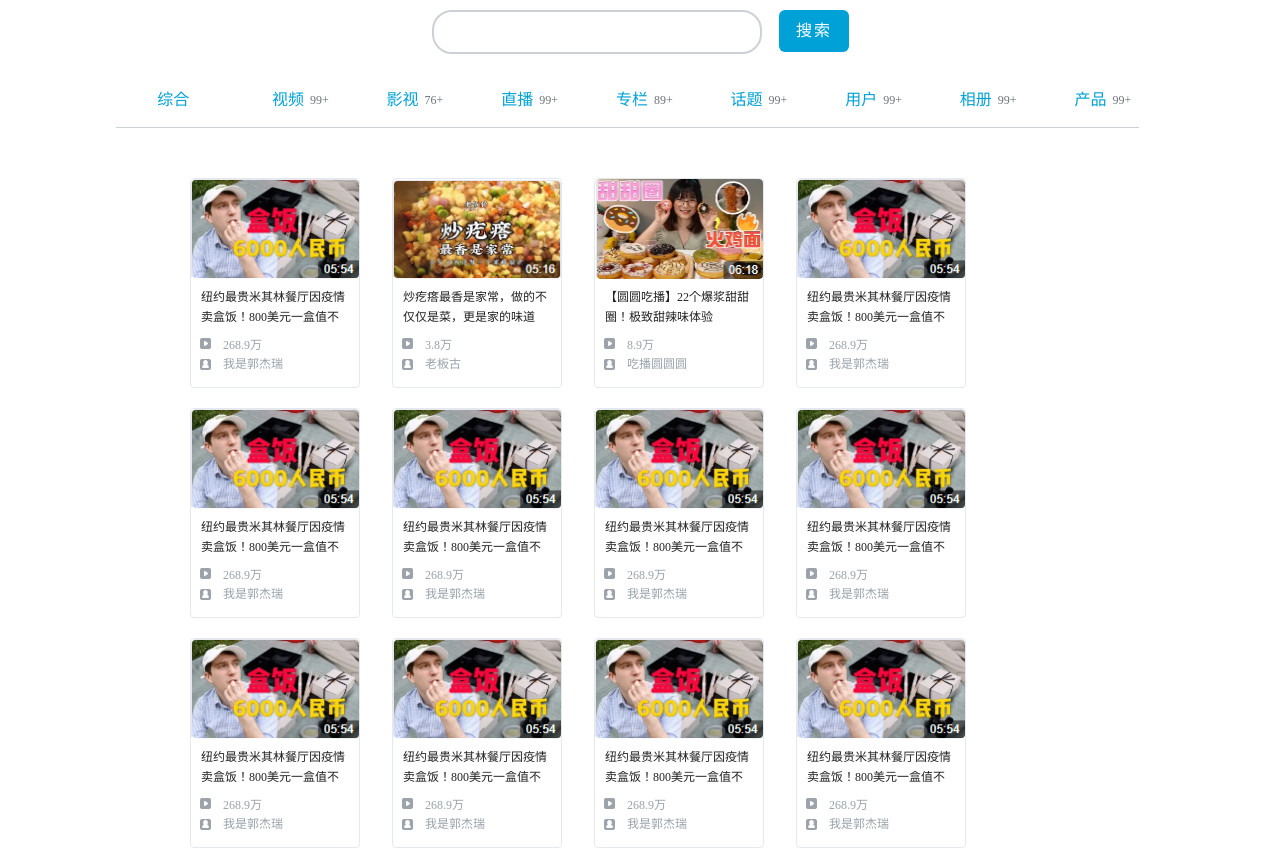
Repository: red-code-yl/web-project
Page: doc/food.html
The author's editor kept a copy of each file at every save. The page is drawn from the files as they stood at one save, then again after the next save.
The browser window is 1280 px wide. The pictures show the whole page.

Above is the page before, as saved 2020-06-18 16:46:43.

After the next save:
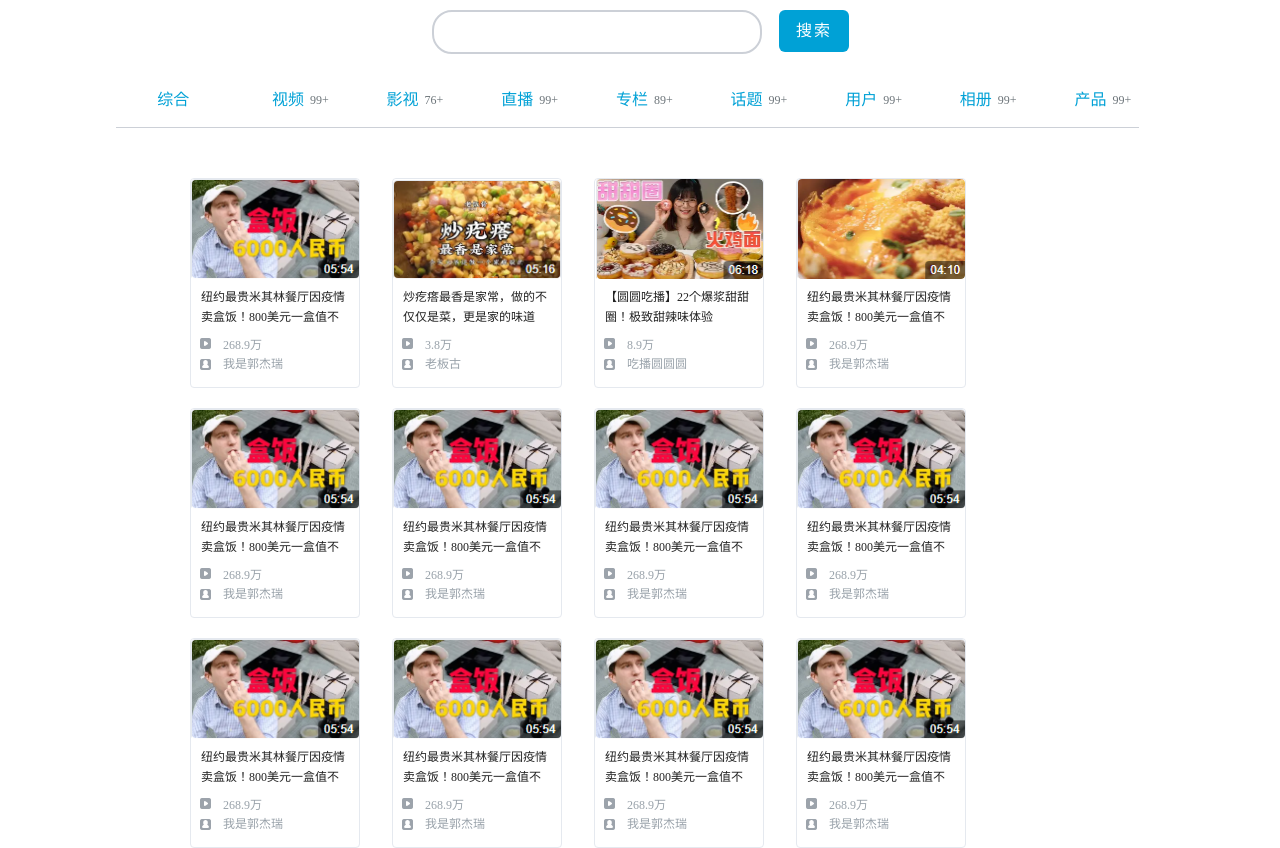
Saved 70 s later.
--- a/doc/food.html
+++ b/doc/food.html
@@ -162,7 +162,7 @@
                             <a href="#" title="" target="_blank" class="list-part-1">
                                 <div class="img">
                                     <div class="lazy-img">
-                                        <img alt src="../img/img-list1.png">
+                                        <img alt src="../img/img-list4.png">
                                     </div>
 
                                 </div>
